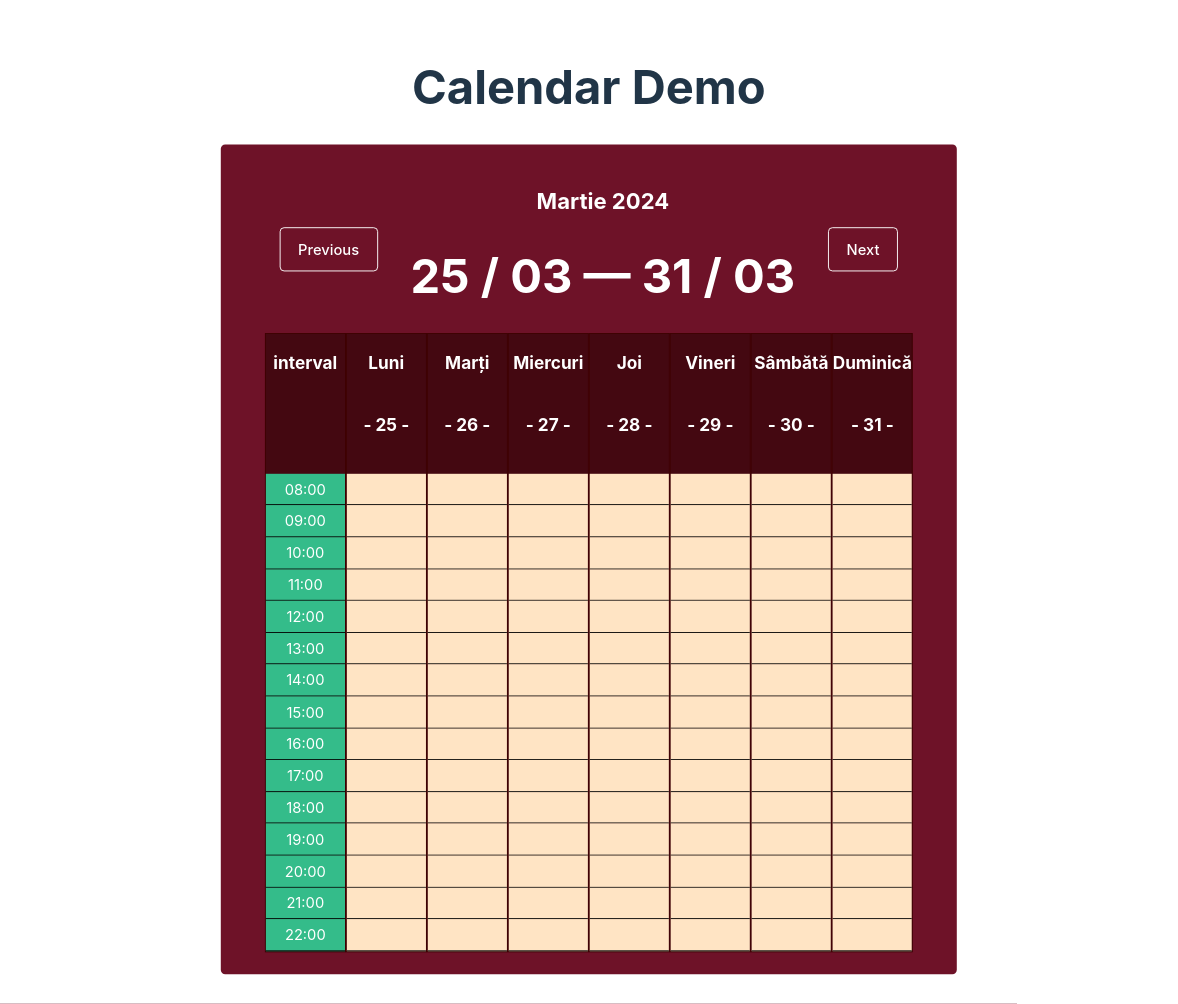
Repository: Maryie-B/weekly-calendar-scheduler
Page: /
An editor plug-in stored every save of this project. The page is shown before and after the next save, followed by the edit.
The browser window is 1280 px wide. The pictures show the whole page, at 92% of full size.
The project was rebuilt for these pictures with package versions that can differ from the ones it lists, and the page was loaded fresh each time. Also part of the build but not shown: vite.config.js.

Above is the page before, as saved 2024-03-26 18:04:27.

After the next save:
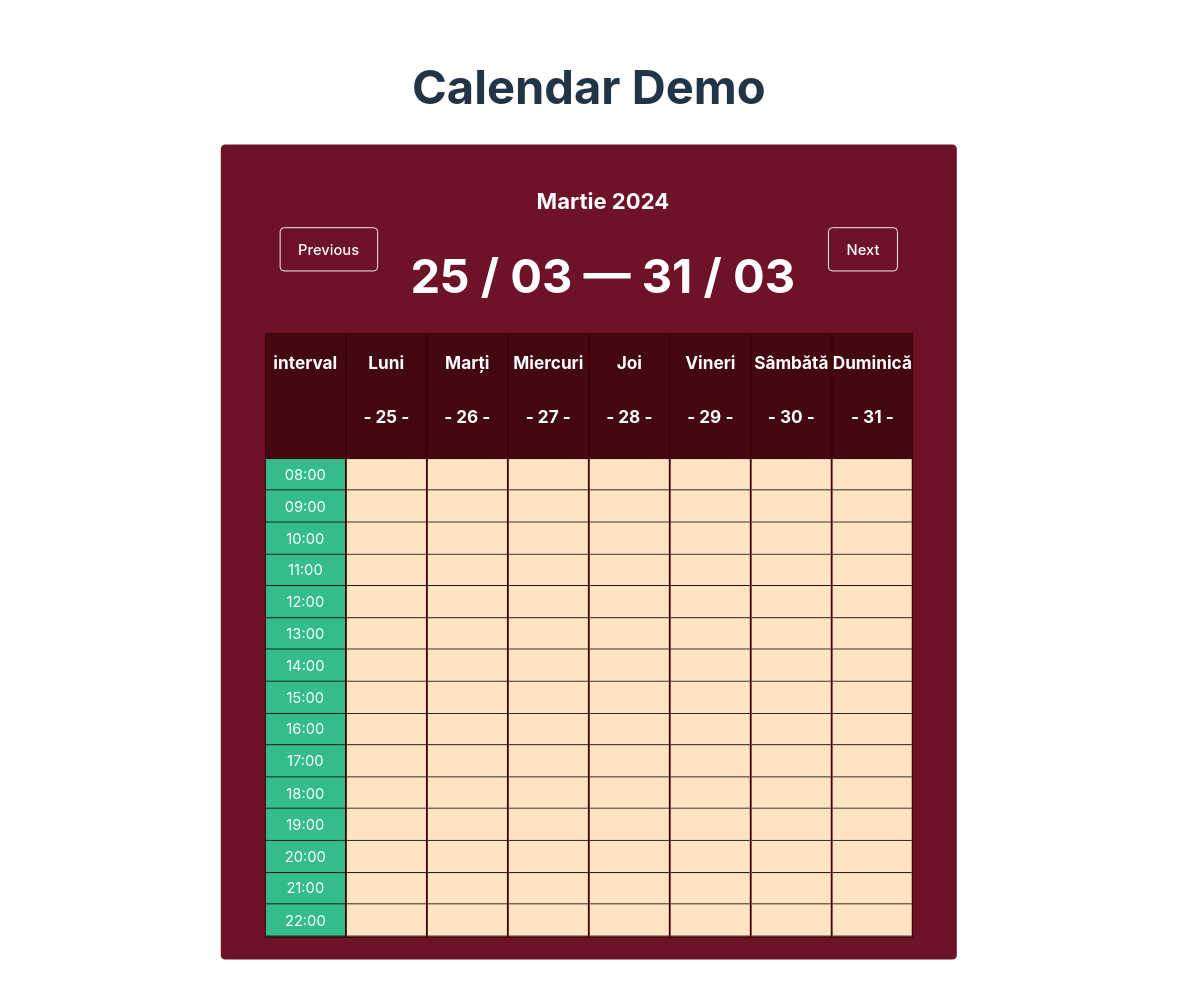
Saved 6 s later.
--- a/src/App.css
+++ b/src/App.css
@@ -52,7 +52,7 @@
 }
 
 .days-header > h3 {
-  min-height: 3rem;
+  min-height: 2.5rem;
 }
 
 .hour-intervals {
